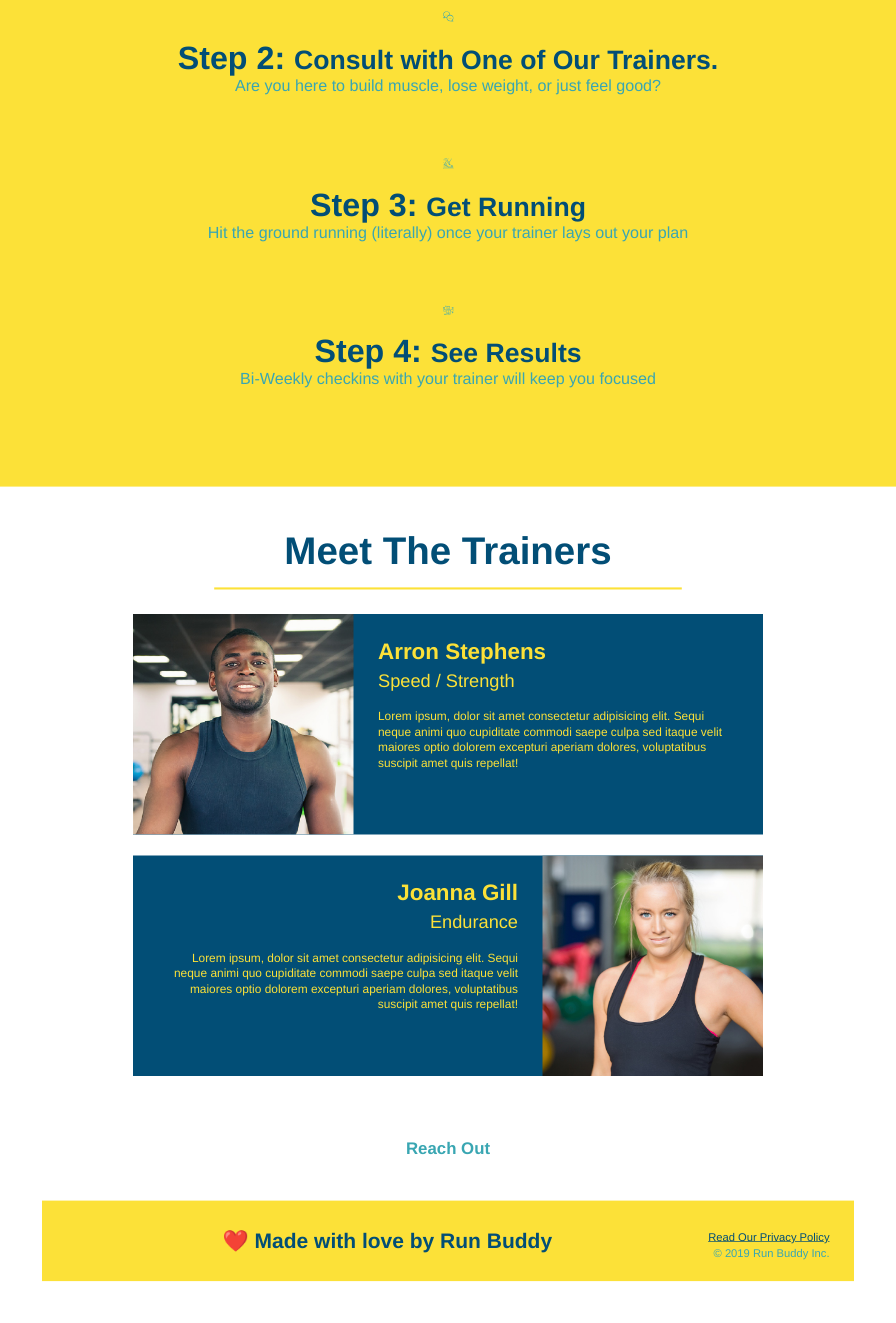
Repository: symlara/run-buddy
Page: index.html
These files come from the project's save history. The page is drawn as it stood at one moment and after a run of saves; the edit follows.
The browser window is 1280 px wide. The pictures show the part of the page from y = 1563 to 3483 px (the page is 3453 px tall before and 3483 px after), at 70% of full size.

Above is the page before, as saved 2020-12-10 14:39:58.

### index.html
<!DOCTYPE html>
<html lang="en">
    <head>
        <link rel="stylesheet" href="./assets/css/style.css" />
        <meta charset="UTF-8"/>
        <title>Run Buddy</title>
    </head>
    <body>
        <!-- navigation -->
        <header>
        <a href="/"><h1>RUN BUDDY</h1></a>
        <nav>
            <!-- Unordered list element -->
            <ul>
                <!-- List item element -->
                <li>
                    <!-- Anchor Element -->
                    <a href="#what-we-do">What We Do</a>
                </li>
                <li>
                    <a href="#what-you-do">What You Do</a>
                </li>
                <li>
                    <a href="#your-trainers">Your Trainers</a>
                </li>
                <li>
                    <a href="#reach-out">Reach Out</a>
                </li>
            </ul>
        </nav>
        </header>

        <!-- hero section -->
        <section class="hero">
        <div class="hero-form">
            <h3>Get Started Today</h3>
            <p>Fill out this form and one of our trainers will schedule a consult</p>
            <!-- Add form elements -->
            <form>
                <label for="name">Enter full name:</label>
                <input type="text" placeholder="Your Name" name="name" id="name" class="form-input" />
                <label for="email">Enter Email Address:</label>
                <input type="email" placeholder="Email Address" name="email" id="email" class="form-input" />
                <label for="phone">Enter a telephone number</label>
                <input type="tel" placeholder="Phone Number" name="phone" id="phone" class="form-input" />
                <p>
                    Have you worked out with a trainer before?
                    <input type="radio" name="trainer-confirm" id="trainer-yes" />
                    <label for="trainer-yes">Yes</label>
                    <input type="radio" name="trainer-confirm" id="trainer-no" />
                    <label for="trainer-no">No</label>
                </p>
                <p>
                    <label for="checkbox">
                    I acknowledge that I am at least 18 years of age.
                    </label>
                    <input type="checkbox" name="age-confirm" id="checkbox" />
                </p>
                <button type="submit">
                    Get running!
                </button>
            </form>
        </div>
    </section>
    <!-- end hero -->

        <!-- hero/jumbotron -->
        <section></section>

        <!-- "what we do" section -->
        <section id="what-we-do" class="intro">
            <h2 class="section-title primary-border">What We Do</h2>
            <p>
                butcher selfies chambray shabby chic gentrify readymade yr Echo Park XOXO Tumblr normcore Banksy direct trade Blue Bottle chillwave you probably haven't heard of them single-origin coffee Vice fanny pack fixie Odd Future Austin fingerstache pickled twee synth Wes Anderson Thundercats viral bitters flannel meggings narwhal Marfa Schlitz sustainable Intelligentsia umami deep v craft
            </p>
        </section>

        <!-- "what you do" section -->
        <section id="what-you-do" class="steps">
            <h2 class="section-title secondary-border">What You Do</h2>

            <div>
                <!-- insert this img element -->
                <img src="./assets/images/step-1.svg" alt="" />
                <h3>Step 1: <span>Fill Out the Form Above.</span></h3>
                <p>You're already here, so why not?</p>
            </div>

            <div>
                <!-- insert this img element -->
                <img src="./assets/images/step-2.svg" alt="" />
                <h3>Step 2: <span>Consult with One of Our Trainers.</span></h3>
                <p>Are you here to build muscle, lose weight, or just feel good?</p>
            </div>

            <div>
                <!-- insert this img element -->
                <img src="./assets/images/step-3.svg" alt="" />
                <h3>Step 3: <span>Get Running</span></h3>
                <p>Hit the ground running (literally) once your trainer lays out your plan</p>
            </div>

            <div>
                <!-- insert this img element -->
                <img src="./assets/images/step-4.svg" alt="" />
                <h3>Step 4: <span>See Results</span></h3>
                <p>Bi-Weekly checkins with your trainer will keep you focused</p>
            </div>
        </section>

        <!-- "meet the trainers" section -->
        <section id="your-trainers" class="trainers">
            <h2 class="section-title primary-border">Meet The Trainers

            </h2>

            <!-- first trainer bio -->
            <article class="trainer">
                <img src="./assets/images/trainer-1.jpg" alt="Arron Stephens in his workout clothes, ready to pump iron" />
                <div class="trainer-bio text-left">
                    <h3>Arron Stephens</h3>
                    <h4>Speed / Strength</h4>
                    <p>
                        Lorem ipsum, dolor sit amet consectetur adipisicing elit. Sequi neque animi quo cupiditate commodi saepe culpa sed
                        itaque velit maiores optio dolorem excepturi aperiam dolores, voluptatibus suscipit amet quis repellat!
                    </p>
                </div>
            </article>
            <!-- first trainer end -->

            <!--second trainer bio -->
            <article class="trainer">
                <div class="trainer-bio text-right">
                    <h3>Joanna Gill</h3>
                    <h4>Endurance</h4>
                    <p>
                        Lorem ipsum, dolor sit amet consectetur adipisicing elit. Sequi neque animi quo cupiditate commodi saepe culpa sed
                        itaque velit maiores optio dolorem excepturi aperiam dolores, voluptatibus suscipit amet quis repellat!
                    </p>
                </div>
                <img src="./assets/images/trainer-2.jpg" alt="Joanna Gill cooling off after a workout" />
            </article>
            <!-- second trainer end-->

            <!-- third trainer bio -->
            <article
        </section>

        <!-- "reach out" section -->
        <section>
            <h2>Reach Out</h2>
        </section>

        <!-- footer -->
        <footer>
            <h2>❤️ Made with love by Run Buddy</h2>
            <div>
                <a href="#">Read Our Privacy Policy</a><br />
                &copy; 2019 Run Buddy Inc.
            </div>
        </footer>
    </body>

    </html>

### assets/css/style.css
* {
    margin: 0;
    padding: 0;
    box-sizing: border-box;
}


body {
    /* more on this crazy alphanumerical value in a minute */
    color: #39a6b2;
    font-family: Helvetica, Arial, sans-serif;
}

/* apply styles to header */
header {
    padding: 20px 35px;
    background-color: #39a6b2;
}

header h1 {
    font-weight: bold;
    font-size: 36px;
    color: #fce138;
    margin: 0;
    display: inline;
}

header a {
    text-decoration: none;
    color: #fce138;
}

header nav {
    float: right;
    margin: 7px 0;
}

header nav ul li {
    display: inline;
}

header nav ul li a {
    margin: 0 30px;
    font-weight: lighter;
    font-size: 22px;
}

footer {
    background: #fce138;
    width: 100%;
    padding: 40px 35px;
  }

footer h2 {
    display: inline;
    color: #024e76;
    font-size: 30px;
    margin: 0;
}

footer div {
    float: right;
    line-height: 1.5;
    text-align: right;
}

footer a {
    color: #024e76;
}

section {
    padding: 60px;
}

/* Hero Style Start */
.hero {
    background-image: url("../images/hero-bg.jpg");
    height: 600px;
    background-size: cover;
    background-position: center;
    position: relative;
}
/*The height property fixed at 600px gives an exact size of the section, which is important in this context to allow room for the sign-up form.*/


.hero-form {
    border: solid 3px #024e76;
    background-color: #fce138;
    padding: 20px;
    width: 500px;
    color: #024e76;
    position: absolute;
    bottom: 120px;
    right: 140px;
}

.hero-form h3 {
    font-size: 24px;
    margin: 0;
}

.hero-form p {
    margin: 5px 0 15px 0;
}

.form-input {
    border: 1px solid #024e76;
    display: block;
    padding: 7px 15px;
    font-size: 16px;
    color: #024e76;
    width: 100%;
    margin-bottom: 15px;
}

.hero-form label {
    margin: 0 5px;
}

.hero-form button {
    color: #fce138;
    background-color: #024e76;
    border: none;
    padding: 10px 20px;
    font-size: 16px;
}
/* Hero Style End */

/*What We Do Section */
.intro {
    text-align: center;
}

.intro p {
    line-height: 1.7;
    color: #39a6b2;
    width: 80%;
    font-size: 20px;
    margin: 0 auto;
}

/*What We Do End*/

.section-title {
    display: inline-block;
    font-size: 55px;
    color: #024e76;
    margin-bottom: 35px;
    padding: 0 100px 20px 100px;
    border-bottom: 3px solid;
}

.primary-border {
    border-color: #fce138;
}

.secondary-border {
    border-color: #39a6b2;
}

/* What You Do Section */
.steps {
    text-align: center;
    background: #fce138;
}

.steps div {
    margin-bottom: 80px;
}

.steps img {
    width: 15px;
    margin: 10px 0;
}

.steps h3 {
    color: #024e76;
    font-size: 46px;
    margin-top: 10px;
}

.steps p {
    color: #39a6b2;
    font-size: 23px;
}

.steps span {
    font-size: 38px;
}


/* What You Do End */

/* Your Trainers Section */
.trainers {
    text-align: center;
}

.trainer {
    width: 900px;
    margin: 0 auto 30px auto;
    background: #024e76;
    color: #fce138;
    overflow: auto;
}

.trainer img {
    width: 35%;
    float: left;
}

.trainer-bio {
    padding: 35px;
    float: left;
    width: 65%;
}

.text-left {
    text-align: left;
}

.text-right {
    text-align: right;
}

.trainer-bio h3 {
    font-size: 32px;
    margin-bottom: 8px;
}

.trainer-bio h4 {
    font-weight: lighter;
    font-size: 26px;
    margin-bottom: 25px;
}

.trainer-bio p {
    font-size: 17px;
    line-height: 1.3;
}
/* Your Trainers Section End */

After the next 3 saves:
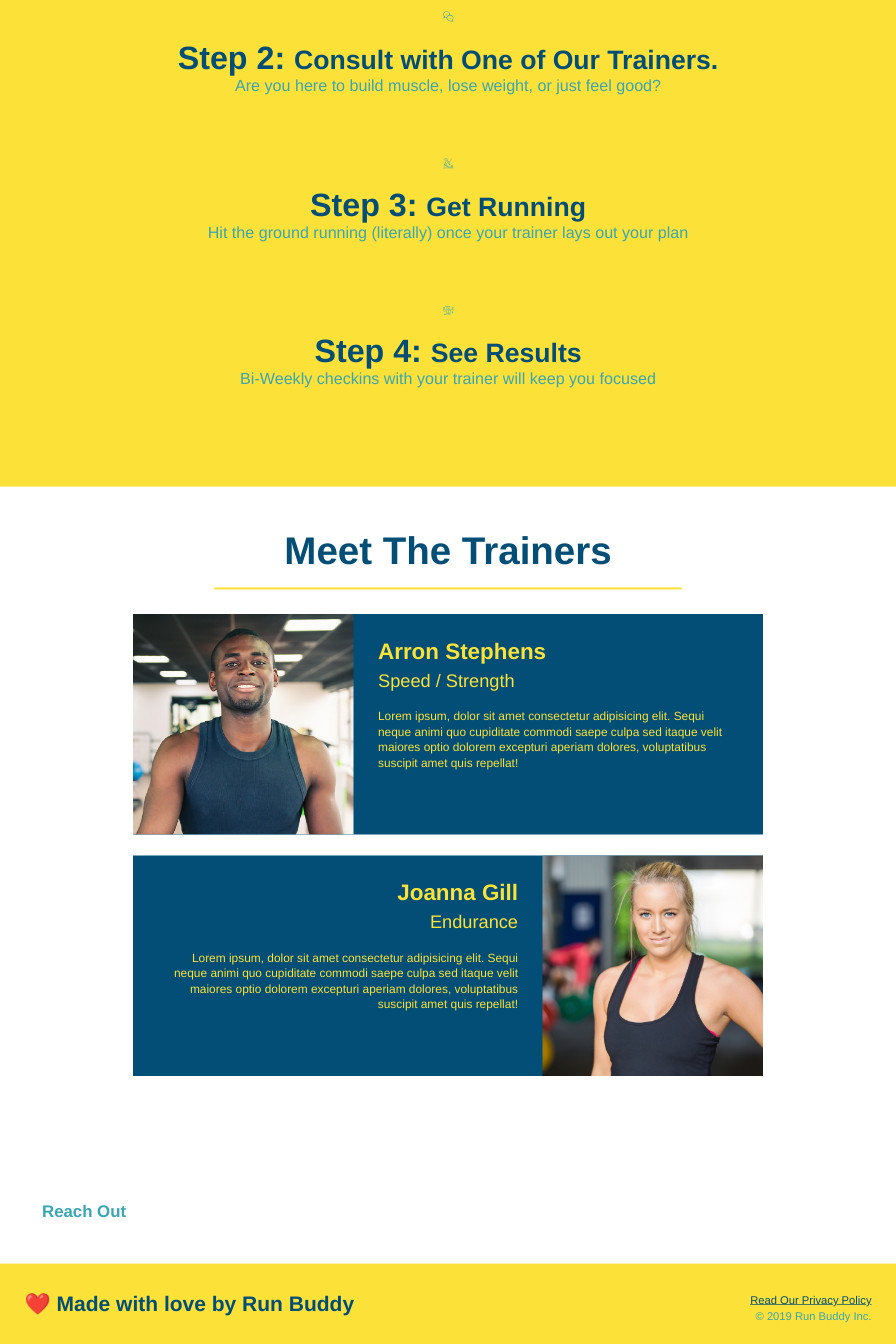
The 3 saves are shown as one change because they came seconds apart.
The last was saved 10 s later.
--- a/index.html
+++ b/index.html
@@ -143,7 +143,9 @@
             <!-- second trainer end-->
 
             <!-- third trainer bio -->
-            <article
+            <article class="trainer">
+
+            </article>
         </section>
 
         <!-- "reach out" section -->
